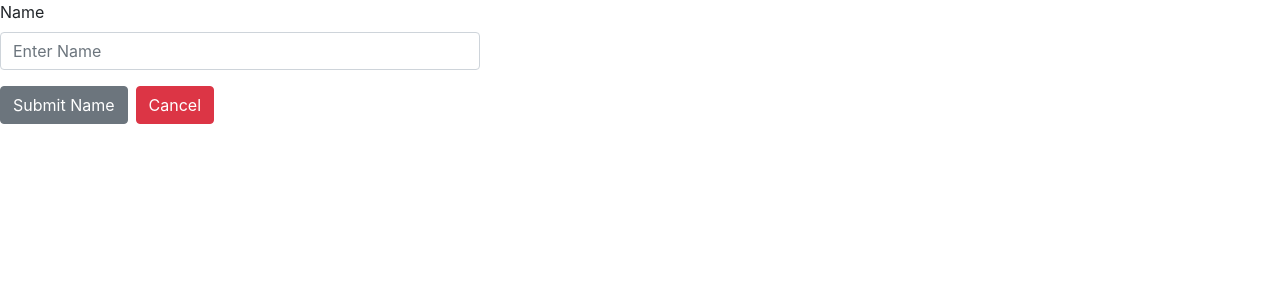
Repository: Abdaljawad-Aya/interview-task
Page: /add (app in javascriptArray/test/)
An editor plug-in stored every save of this project. The page is shown before and after the next save, followed by the edit.
The browser window is 1280 px wide. The pictures show the whole page.
Some web libraries are served in a nearby version. The project was rebuilt for these pictures with package versions that can differ from the ones it lists, and the page was loaded fresh each time. Also part of the build but not shown: javascriptArray/test/src/compnents/Heading.js, javascriptArray/test/src/compnents/UserList.js, javascriptArray/test/src/compnents/Home.js, javascriptArray/test/src/compnents/EditUser.js. Imported but missing from the stored project, and not drawn on this page: javascriptArray/test/src/context/GlobalState.

Above is the page before, as saved 2021-03-10 20:45:27.

After the next save:
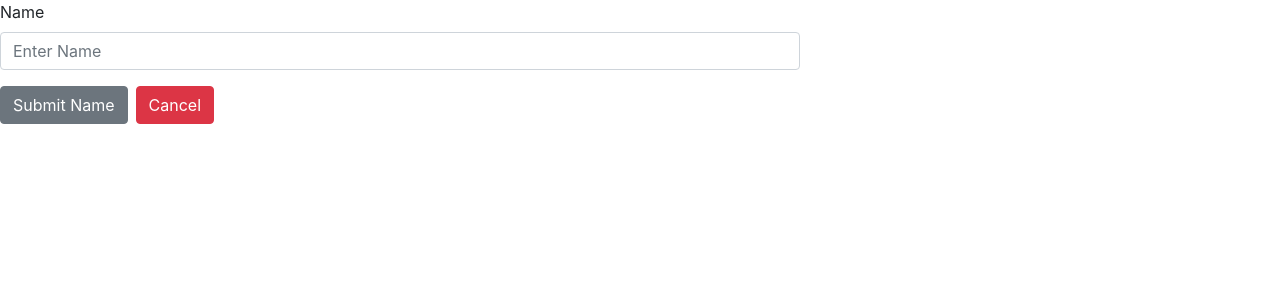
Saved 21 s later.
--- a/javascriptArray/test/src/App.js
+++ b/javascriptArray/test/src/App.js
@@ -8,7 +8,7 @@ import 'bootstrap/dist/css/bootstrap.min.css'
 
 function App() {
   return (
-    <div className="App" style={{ maxWidth: '30rem' }}>
+    <div className="App" style={{ maxWidth: '50rem' }}>
       <Router>
         <Switch>
           <Route path="/add" component={AddUser} />
